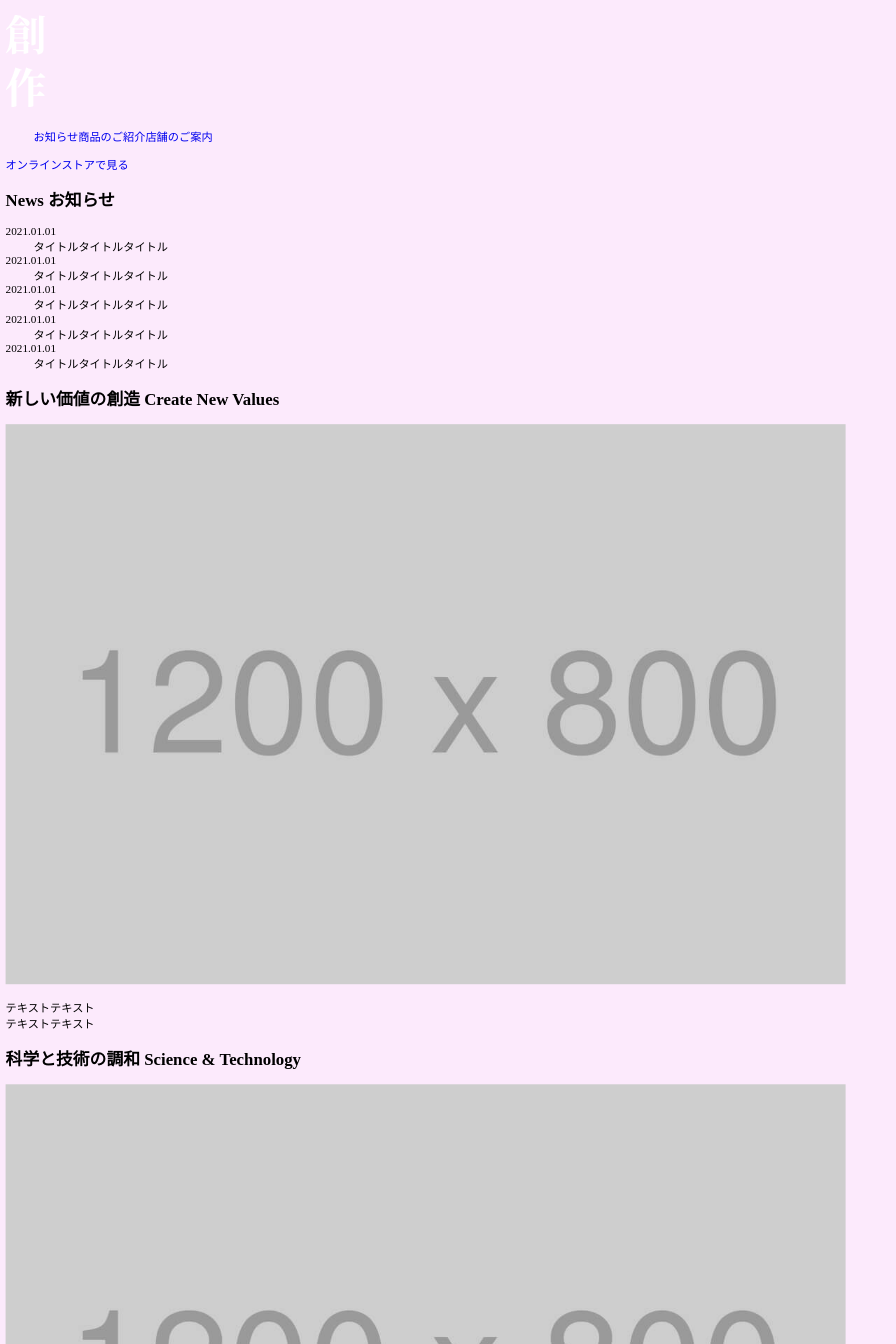
Repository: Fuki-san/wagashi
Page: http://localhost/wagashi
These files come from the project's save history. The page is drawn as it stood at one moment and after a run of saves; the edit follows.
The browser window is 1280 px wide. The pictures show the part of the page from y = 0 to 1920 px (the page is 2980 px tall), at 70% of full size.
The page is served by the project's Laravel application, run on PHP 8.4 with Laravel 10.

Above is the page before, as saved 2023-12-05 18:11:31.

After the next 11 saves:
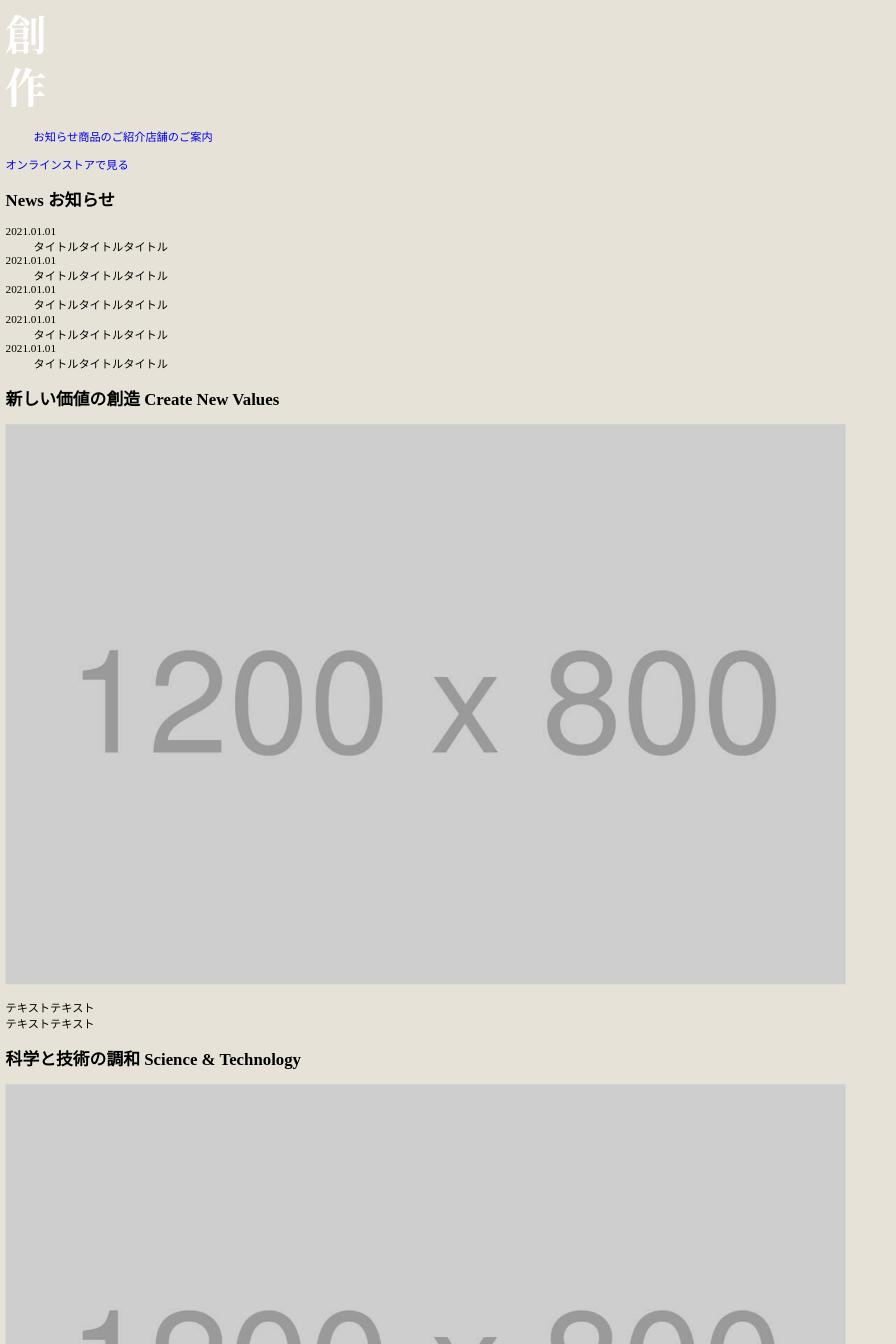
The 11 saves are shown as one change because they came seconds apart.
The last was saved 24 s later.
--- a/public/css/style.css
+++ b/public/css/style.css
@@ -4,7 +4,9 @@ html{
     font-size: 100%;
 }
 body{
-    background-color: #e6e2;
+    background-color: #e6e2d7;
+    color: #000;
+    font-family: 'Noto';
 }
 img{
     max-width: 100%;
